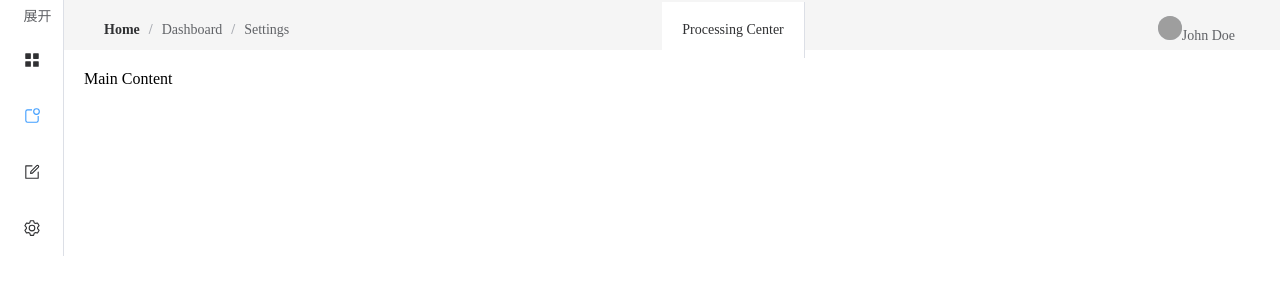
Repository: IsHexx/VerityX
Page: /home (app in front/)
The author's editor kept a copy of each file at every save. The page is drawn from the files as they stood at one save, then again after the next save.
The browser window is 1280 px wide. The pictures show the whole page.
Pictures or frames that could not be fetched are drawn as grey boxes. The project was rebuilt for these pictures with package versions that can differ from the ones it lists, and the page was loaded fresh each time. Also part of the build but not shown: front/vue.config.js, front/src/components/UserlLogin.vue.

Above is the page before, as saved 2024-10-08 17:43:07.

After the next save:
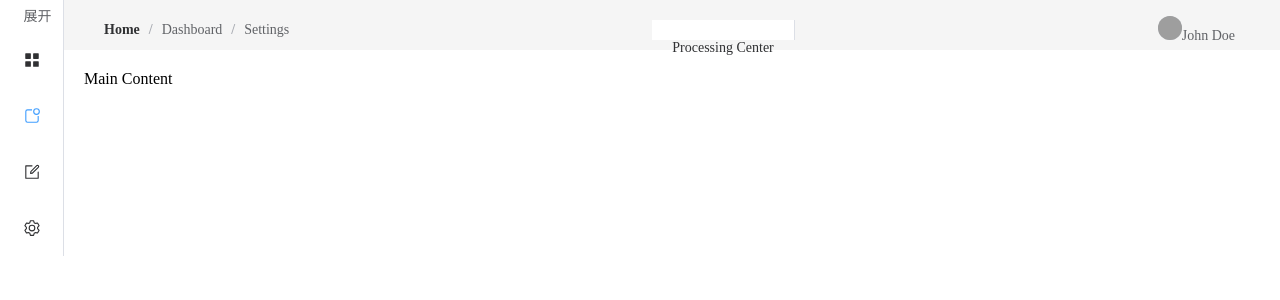
Saved 11 s later.
--- a/front/src/components/CommonHeader.vue
+++ b/front/src/components/CommonHeader.vue
@@ -61,7 +61,7 @@ const handleLogout = () => {
 }
 
 .el-menu-demo{
-  margin-left: 20px;
+  height: 20px;
 }
 .user-menu {
   display: flex;
